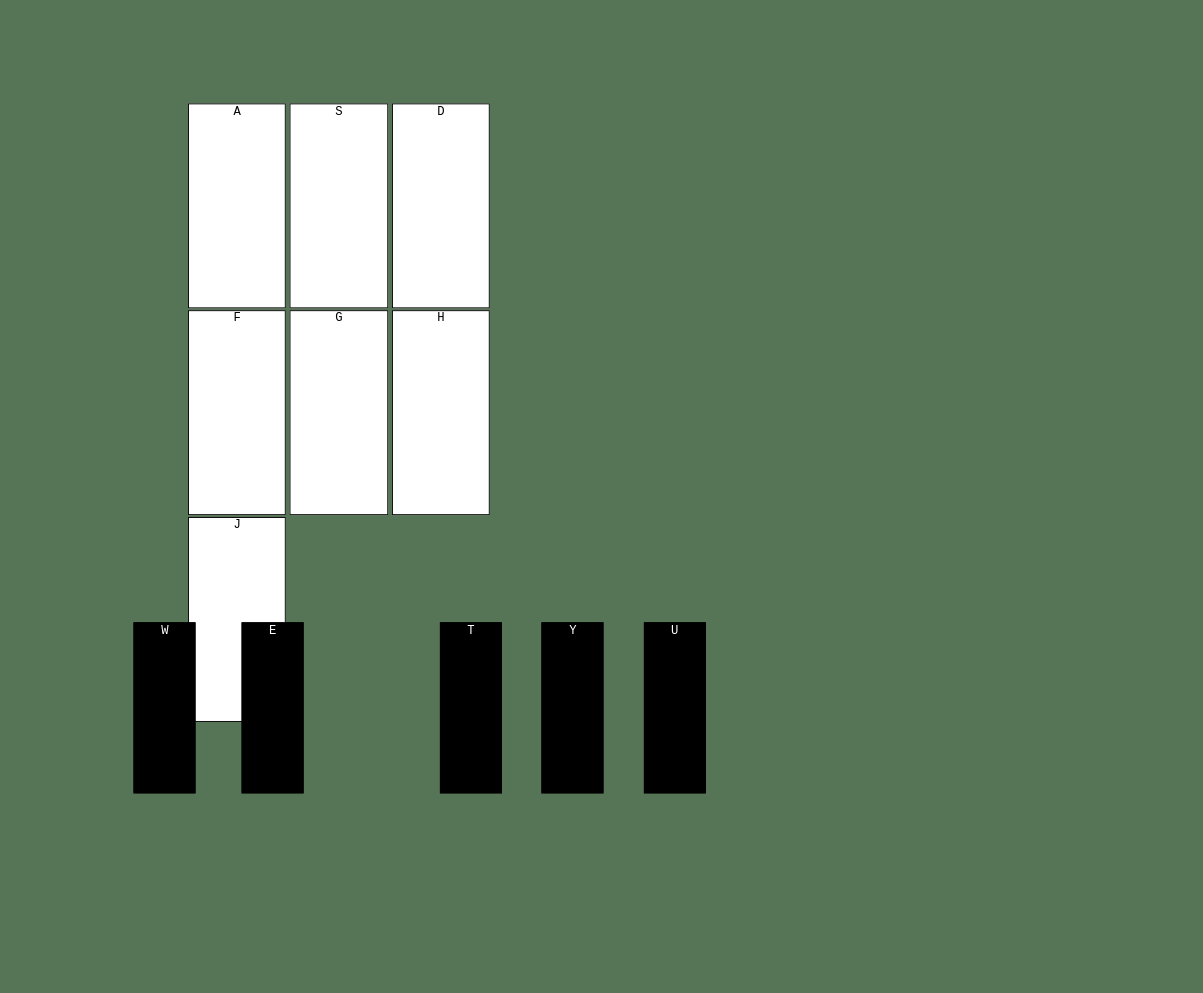
Repository: ctcoleman/Virtual-Piano
Page: index.html
An editor plug-in stored every save of this project. The page is shown before and after a run of saves, followed by the edit.
The browser window is 1280 px wide. The pictures show the whole page, at 94% of full size.

Above is the page before, as saved 2020-07-20 09:19:26.

### index.html
<!DOCTYPE html>
<html>

<head>
    <meta charset="utf-8">
    <link type="text/css" rel="stylesheet" href="./index.css">
    <title>Chris's Keyboard Piano</title>
</head>

<body>
    <div class="container">
        <div class="white-keys">
            <kbd class="white-key" id="KeyA">A</kbd>
            <kbd class="white-key" id="KeyS">S</kbd>
            <kbd class="white-key" id="KeyD">D</kbd>
            <kbd class="white-key" id="KeyF">F</kbd>
            <kbd class="white-key" id="KeyG">G</kbd>
            <kbd class="white-key" id="KeyH">H</kbd>
            <kbd class="white-key" id="KeyJ">J</kbd>
        </div>
        <div class="black-keys">
            <kbd class="black-key" id="KeyW">W</kbd>
            <kbd class="black-key" id="KeyE">E</kbd>
            <kbd class="black-key" id="KeyT">T</kbd>
            <kbd class="black-key" id="KeyY">Y</kbd>
            <kbd class="black-key" id="KeyU">U</kbd>
        </div>
    </div>
    <script src="./index.js"></script>
</body>

</html>

### index.css
/*
=== Basic Styling ===
 */
html {
    background: rgba(1, 46, 1, 0.664);
    color: black;
    box-sizing: border-box;
}

/*
=== Keyboard Styling ===
*/
.container {
    position: relative;
    width: 60vw;
    height: 30vh;
    /* margin: 35vh 15vw; */
}
/*
=== White Keys Styling ===
*/
.white-keys {
    margin: 15vh 15vw;
}
.white-key {
    display: inline-block;
    text-align: center;
    width: 8vw;
    height: 30vh;
    background: white;
    border: 1px solid black;
}
/*
=== Black Keys Styling ===
*/
.black-keys {
    margin: 10vh 5vw;
}
.black-key {
    position: relative;
    z-index: 1;
    top: -30vh;
    text-align: center;
    display: inline-block;
    width: 5vw;
    height: 25vh;
    background: black;
    color: white;
    border: 1px solid black;
}
#KeyW {
    left: 5.5vw;
}
#KeyE {
    left: 9vw;
}
#KeyT {
    left: 20vw;
}
#KeyY {
    left: 23vw;
}
#KeyU {
    left: 26vw;
}

### index.js
const aKey = document.getElementById('KeyA')
const sKey = document.getElementById('KeyS')
const dKey = document.getElementById('KeyD')
const fKey = document.getElementById('KeyF')
const gKey = document.getElementById('KeyG')
const hKey = document.getElementById('KeyH')
const jKey = document.getElementById('KeyJ')
const wKey = document.getElementById('KeyW')
const eKey = document.getElementById('KeyE')
const tKey = document.getElementById('KeyT')
const yKey = document.getElementById('KeyY')
const uKey = document.getElementById('KeyU')






const keys = [aKey, sKey, dKey, fKey, gKey, hKey, jKey, wKey, eKey, tKey, yKey, uKey]
console.log(keys)
document.addEventListener('keypress', (keyPressed) => {
    const key = keyPressed.code
    switch (key) {
        case keys[0].id:
            new Audio('./keys/A.mp3').play()
            break
        case keys[1].id:
            new Audio('./keys/S.mp3').play()
            break
        case keys[2].id:
            new Audio('./keys/D.mp3').play()
            break
        case keys[3].id:
            new Audio('./keys/F.mp3').play()
            break
        case keys[4].id:
            new Audio('./keys/G.mp3').play()
            break
        case keys[5].id:
            new Audio('./keys/H.mp3').play()
            break
        case keys[6].id:
            new Audio('./keys/J.mp3').play()
            break
        case keys[7].id:
            new Audio('./keys/W.mp3').play()
            break
        case keys[8].id:
            new Audio('./keys/E.mp3').play()
            break
        case keys[9].id:
            new Audio('./keys/T.mp3').play()
            break
        case keys[10].id:
            new Audio('./keys/Y.mp3').play()
            break
        case keys[11].id:
            new Audio('./keys/U.mp3').play()
            break
        default:
            console.log('Invalid Key Press')
    }
})

After the next 3 saves:
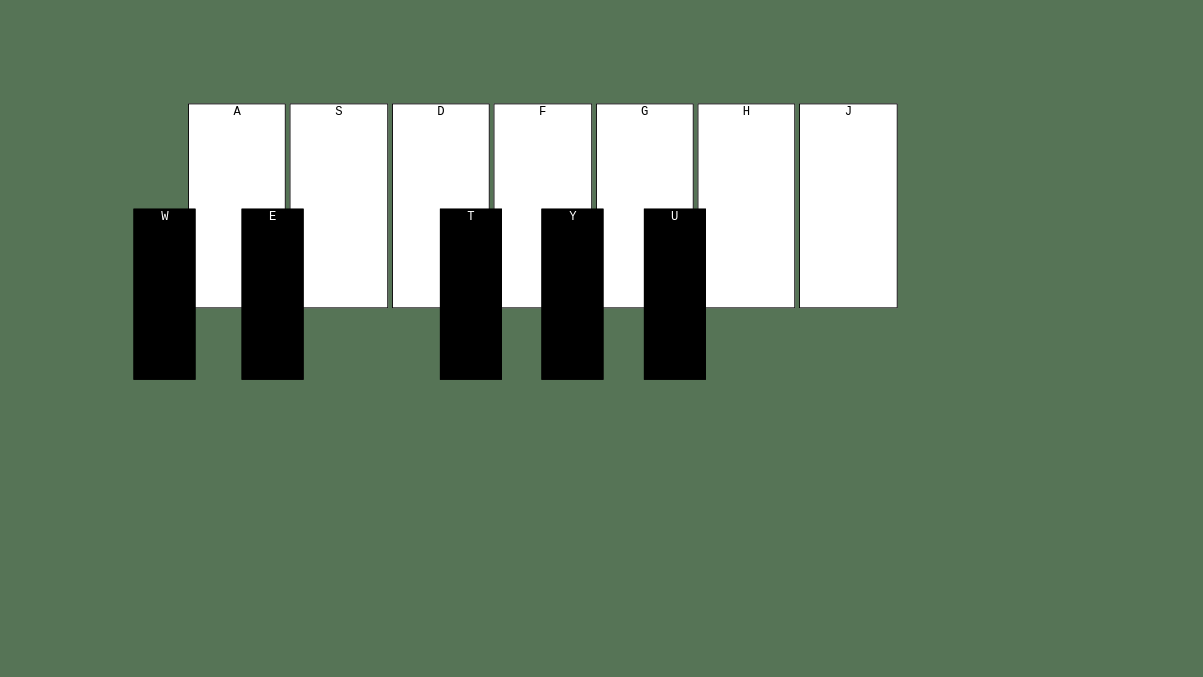
The 3 saves are shown as one change because they came seconds apart.
The last was saved 10 s later.
--- a/index.css
+++ b/index.css
@@ -12,7 +12,7 @@
 */
 .container {
     position: relative;
-    width: 60vw;
+    /* width: 60vw; */
     height: 30vh;
     /* margin: 35vh 15vw; */
 }

After the 2 saves that followed:
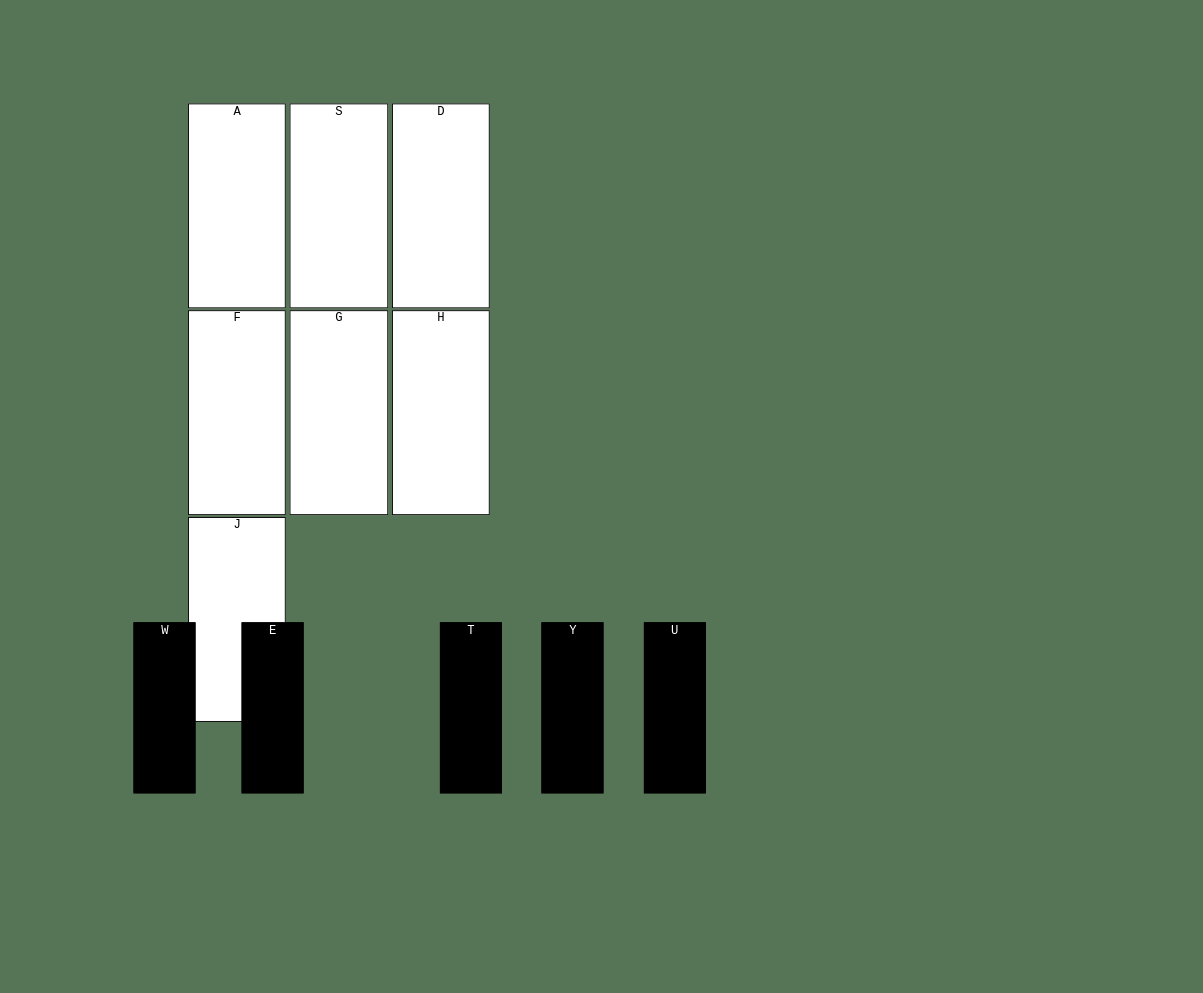
The 2 saves are shown as one change because they came seconds apart.
The last was saved 8 s later.
--- a/index.css
+++ b/index.css
@@ -11,8 +11,8 @@
 === Keyboard Styling ===
 */
 .container {
-    position: relative;
-    /* width: 60vw; */
+    /* position: relative; */
+    width: 60vw;
     height: 30vh;
     /* margin: 35vh 15vw; */
 }
